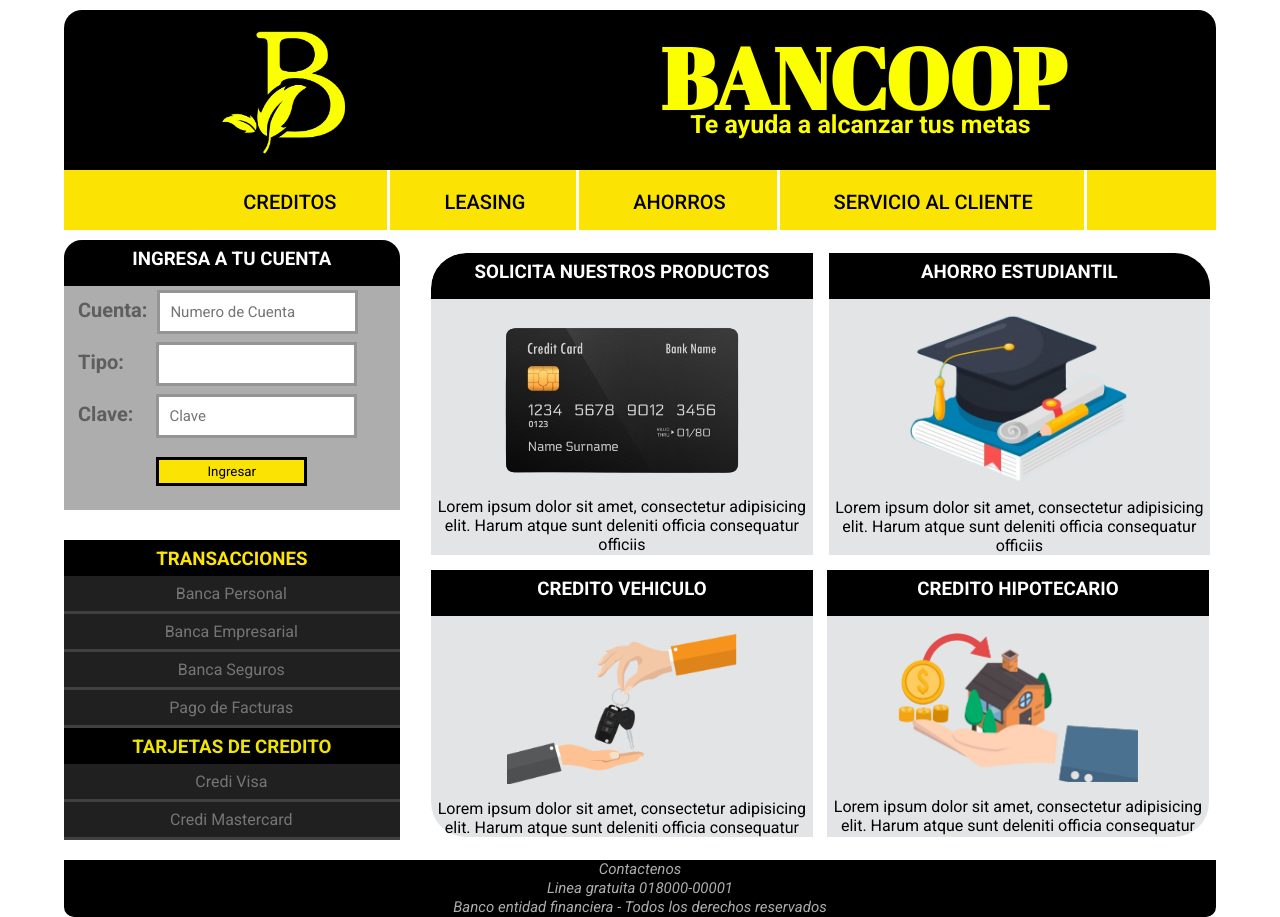
Repository: NickArregoces/BANCOOP
Page: Index.html
An editor plug-in stored every save of this project. The page is shown before and after the next save, followed by the edit.
The browser window is 1280 px wide. The pictures show the whole page.

Above is the page before, as saved 2021-10-15 10:58:52.

After the next save:
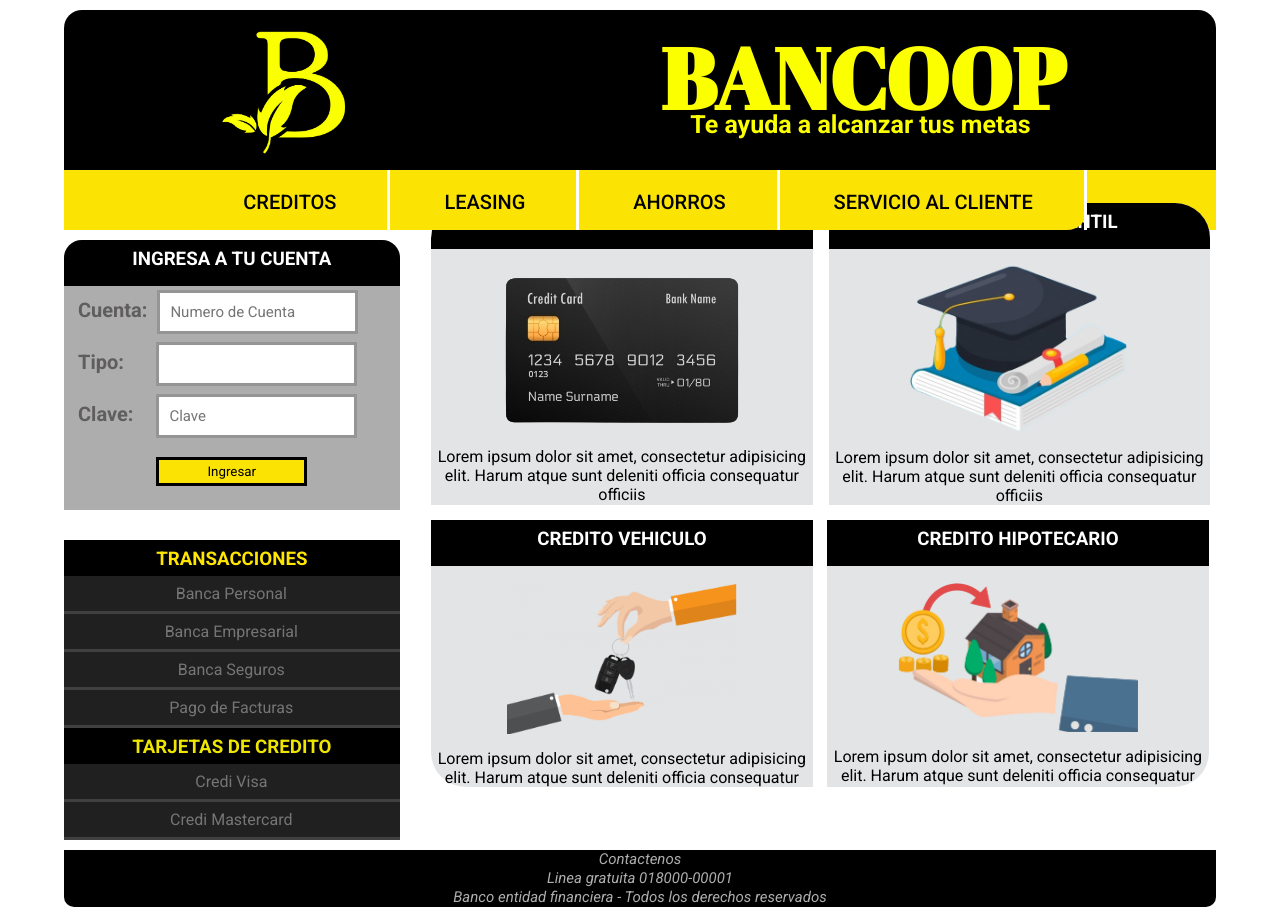
Saved 54 s later.
--- a/CSS/Style.css
+++ b/CSS/Style.css
@@ -195,7 +195,7 @@
     /*Servicios*/
 aside{
     width: 69%;
-    height: 610px;
+    height: 510px;
     margin-top: 10px;
     float: right;
     margin-bottom: 10px;

After the save that followed:
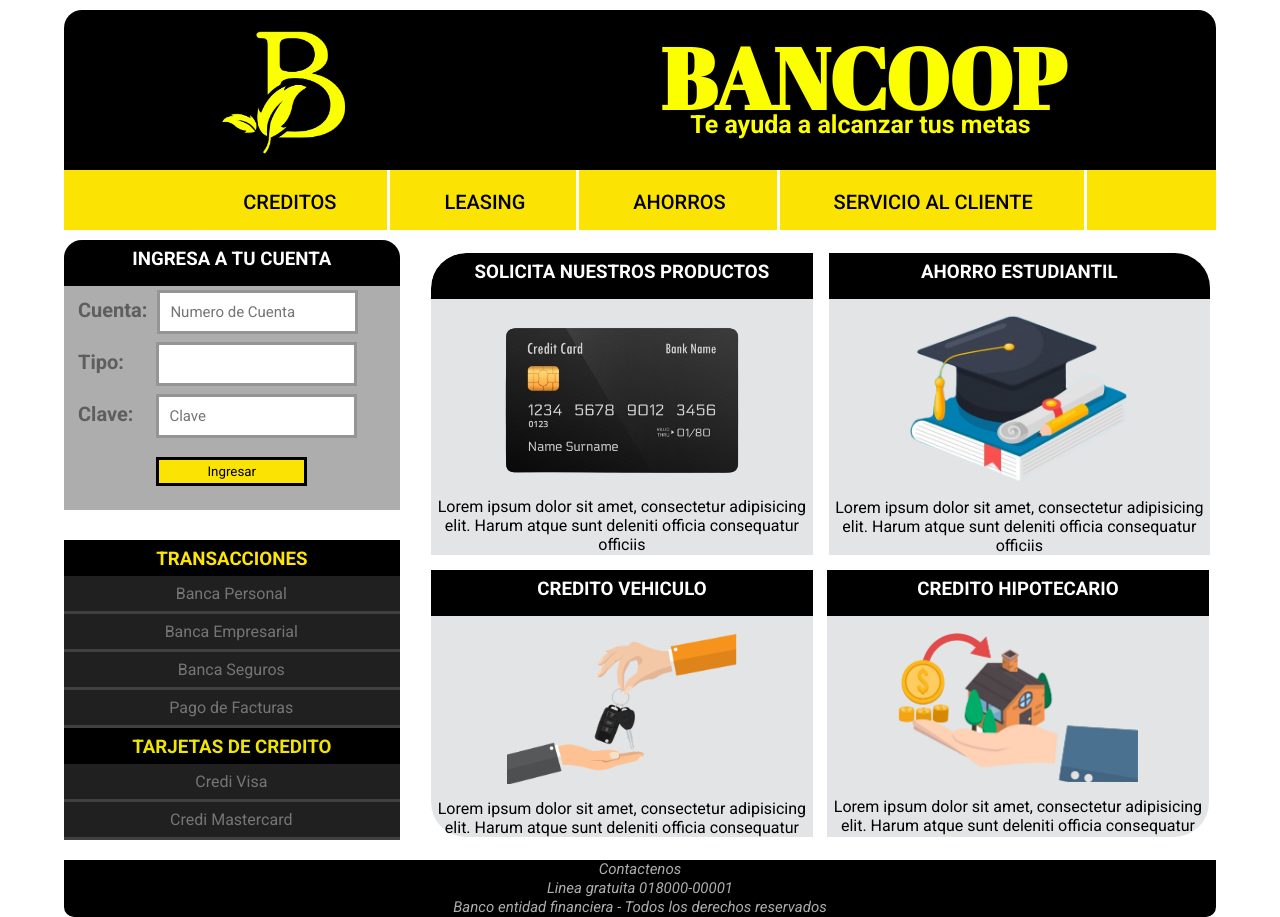
Saved 20 s later.
--- a/CSS/Style.css
+++ b/CSS/Style.css
@@ -195,7 +195,7 @@
     /*Servicios*/
 aside{
     width: 69%;
-    height: 510px;
+    height: 610px;
     margin-top: 10px;
     float: right;
     margin-bottom: 10px;
